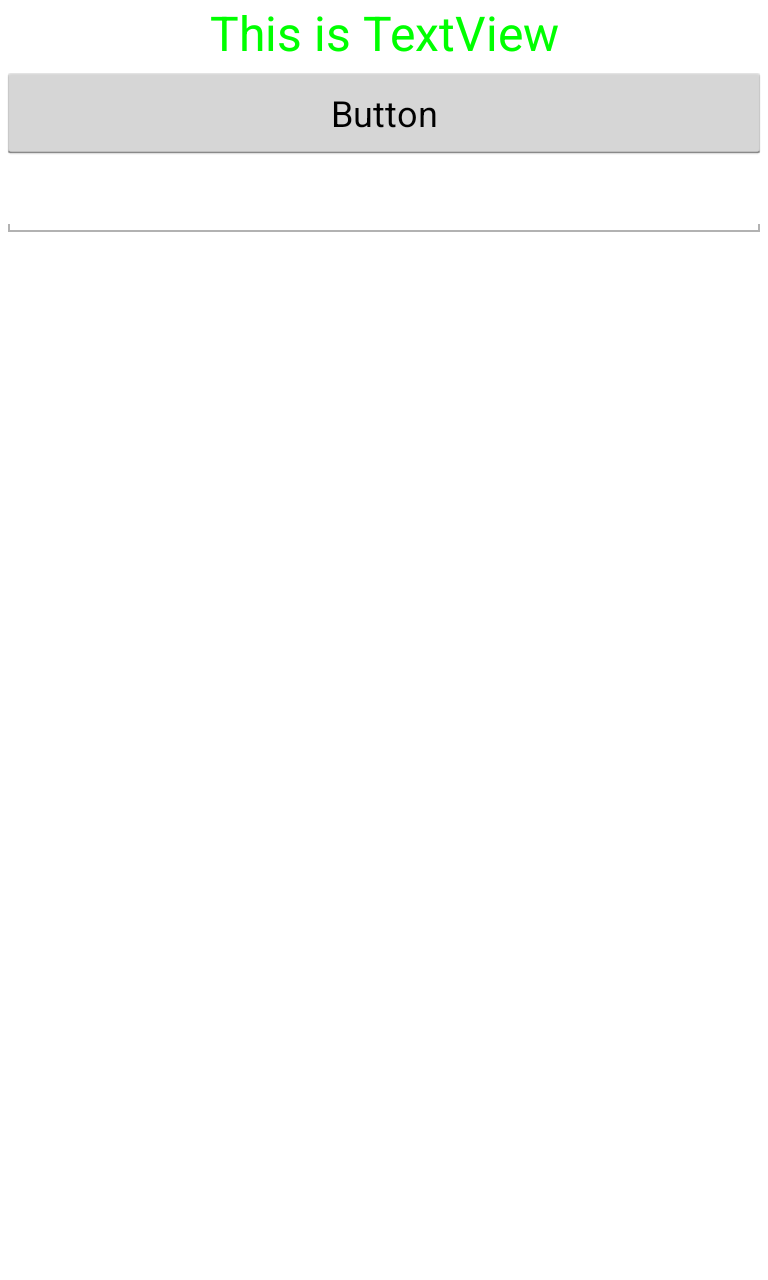
Repository: Wang-Xuan/Hello-World
Layout: UIWidgetTest/res/layout/activity_main.xml
An editor plug-in stored every save of this project. The layout is shown before and after the next save, followed by the edit.
It is drawn on a 768 x 1280 px phone screen (xhdpi) without system bars, with theme AppTheme; the app's code is not run.

Above is the layout before, as saved 2014-12-07 04:18:55.

### UIWidgetTest/res/layout/activity_main.xml
<LinearLayout xmlns:android="http://schemas.android.com/apk/res/android"
    xmlns:tools="http://schemas.android.com/tools"
    android:layout_width="match_parent"
    android:layout_height="match_parent"
    android:orientation="vertical" >

    <TextView
        android:id="@+id/text_view"
        android:layout_width="match_parent"
        android:layout_height="wrap_content"
        android:gravity="center"
        android:textSize="24sp"
        android:textColor="#00ff00"
        android:text="This is TextView" />

    <Button
        android:id="@+id/button"
        android:layout_width="match_parent"
        android:layout_height="wrap_content"
        android:text="Button" />

    <EditText
        android:id="@+id/edit_text"
        android:layout_width="match_parent"
        android:layout_height="wrap_content" />

</LinearLayout>

Loaded but not shown: UIWidgetTest/res/values/styles.xml (common file); UIWidgetTest/res/values-v11/styles.xml (common file); UIWidgetTest/res/values-v14/styles.xml (common file)

After the next save:
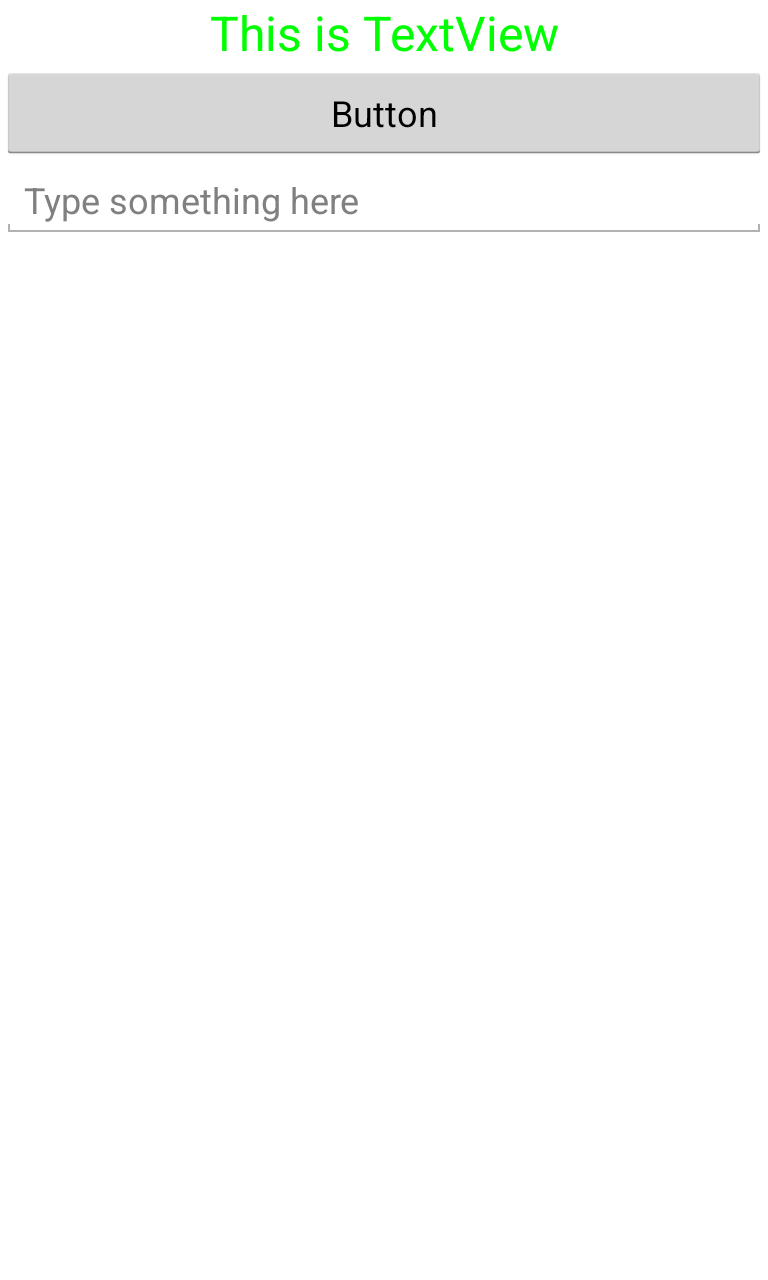
Saved 81 s later.
--- a/UIWidgetTest/res/layout/activity_main.xml
+++ b/UIWidgetTest/res/layout/activity_main.xml
@@ -22,6 +22,7 @@
     <EditText
         android:id="@+id/edit_text"
         android:layout_width="match_parent"
-        android:layout_height="wrap_content" />
+        android:layout_height="wrap_content"
+        android:hint="Type something here" />
 
 </LinearLayout>
